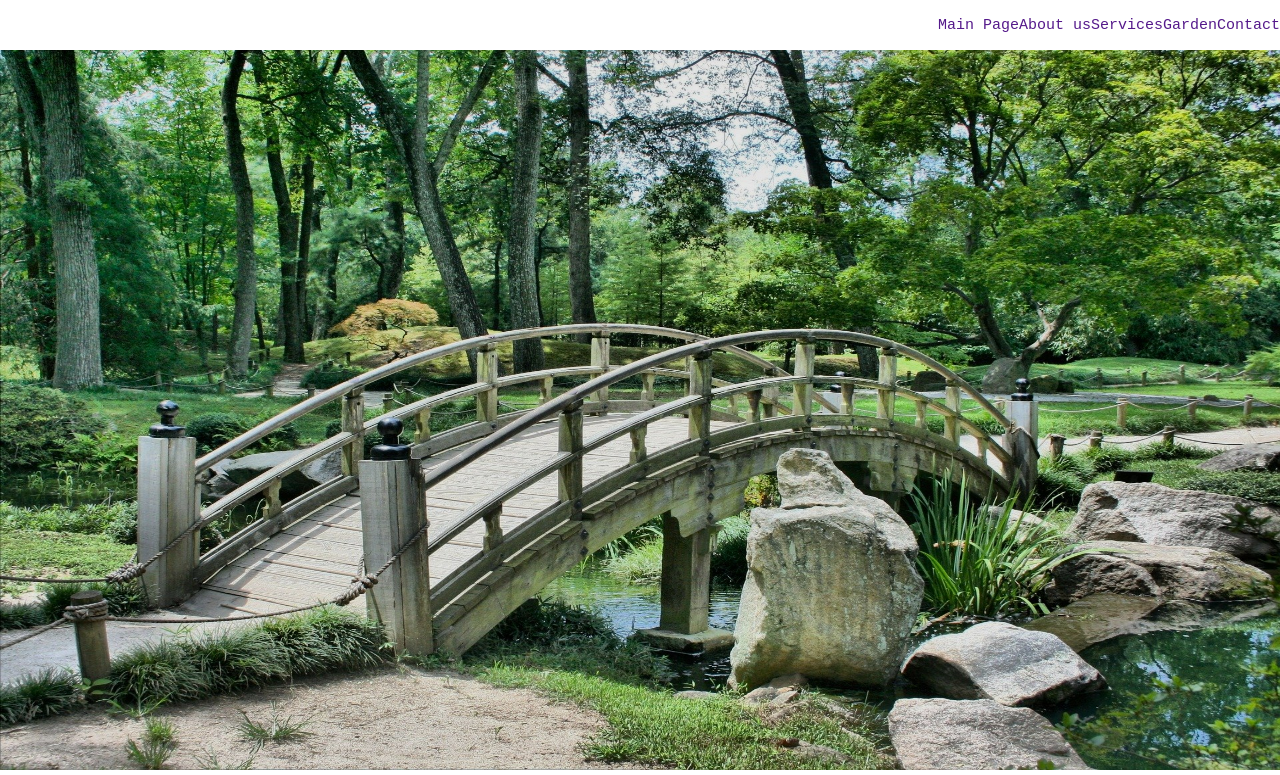
Repository: PatryxB/garden
Page: http://localhost/
These files come from the project's save history. The page is drawn as it stood at one moment and after the next save; the edit follows.
The browser window is 1280 px wide. The pictures show the whole page.
Some web fonts or font styles are not loaded; a fallback is used. The page is served by the project's Laravel application, run on PHP 8.4 with Laravel 8. Other server files are loaded and not shown. Style sheets and scripts are compiled from the project's sources, by tool versions that may differ from the author's.

Above is the page before, as saved 2020-05-01 21:04:54.

### resources/views/welcome.blade.php
<!DOCTYPE html>
<html lang="{{ str_replace('_', '-', app()->getLocale()) }}">
    <head>
        <meta charset="utf-8">
        <meta name="viewport" content="width=device-width, initial-scale=1">

        <title>Garden</title>

        <!-- Fonts -->
        <link href="https://fonts.googleapis.com/css?family=Nunito:200,600" rel="stylesheet">
        <link rel="stylesheet" href="/css/app.css">

    <body>

        <nav>
            <ul>
                <li><a href="">Main Page</a></li>
                <li><a href="">About us</a></li>
                <li><a href="">Services</a></li>
                <li><a href="">Garden</a></li>
                <li><a href="">Contact</a></li>
            </ul>
        </nav>

        <div class="banner">
            <img src="{{url('/img/gardenbanner.jpg')}}" alt="">
        </div>

    </body>
</html>

### resources/sass/app.scss
@import url('https://fonts.googleapis.com/css2?family=Roboto+Mono&display=swap');
html, body{
    box-sizing: border-box;
    margin: 0;
    padding: 0;
    font-family: 'Roboto Mono', monospace;
}
nav{
    width: 100%;
}
nav ul{
    display: flex;
    float: right;
}
nav ul li a{
    text-decoration: none;
    font-size: 15px;
    display: inline-block;
}
li{
    list-style: none;
}
.banner img{
    width: 100%;
    height: 100vh;
    position: relative;
    filter: brightness(90%);
}

Loaded but not shown: routes/web.php (common file)

After the next save:
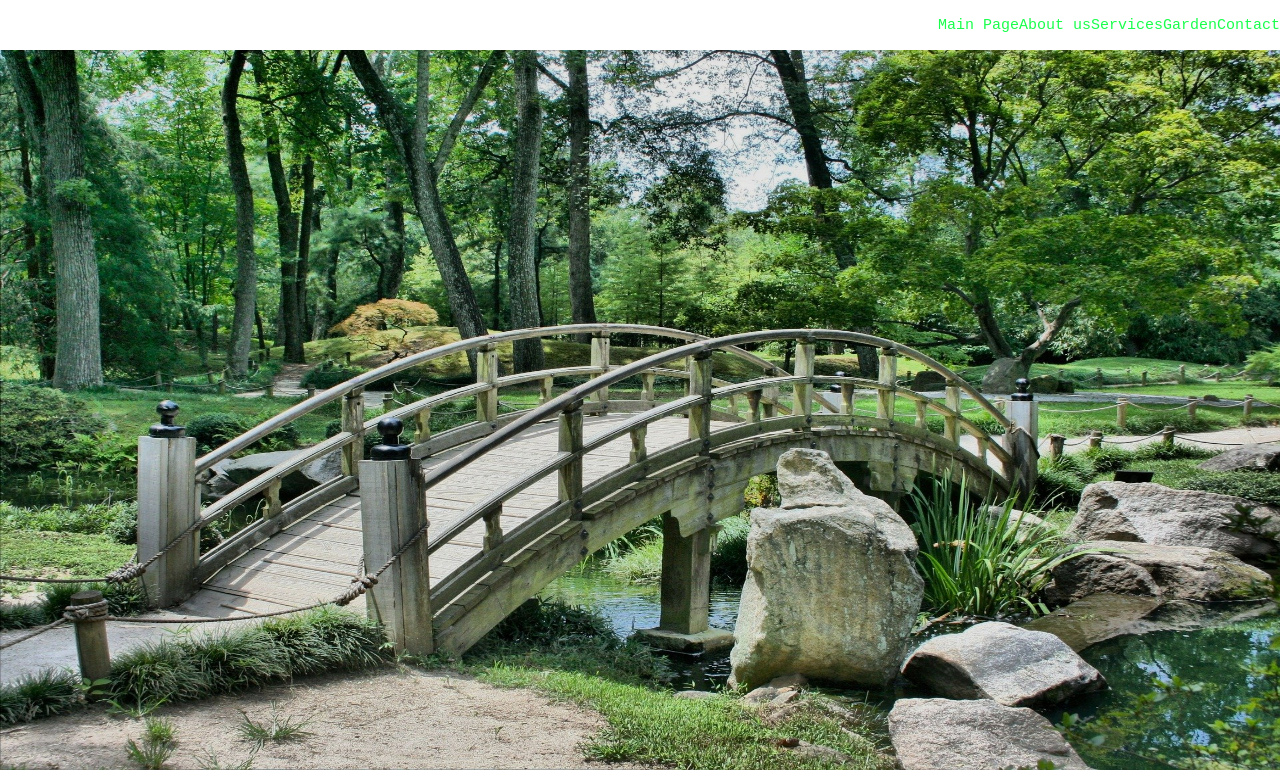
Saved 53 s later.
--- a/resources/sass/app.scss
+++ b/resources/sass/app.scss
@@ -16,6 +16,7 @@ nav ul li a{
     text-decoration: none;
     font-size: 15px;
     display: inline-block;
+    color: rgb(25, 255, 75);
 }
 li{
     list-style: none;
